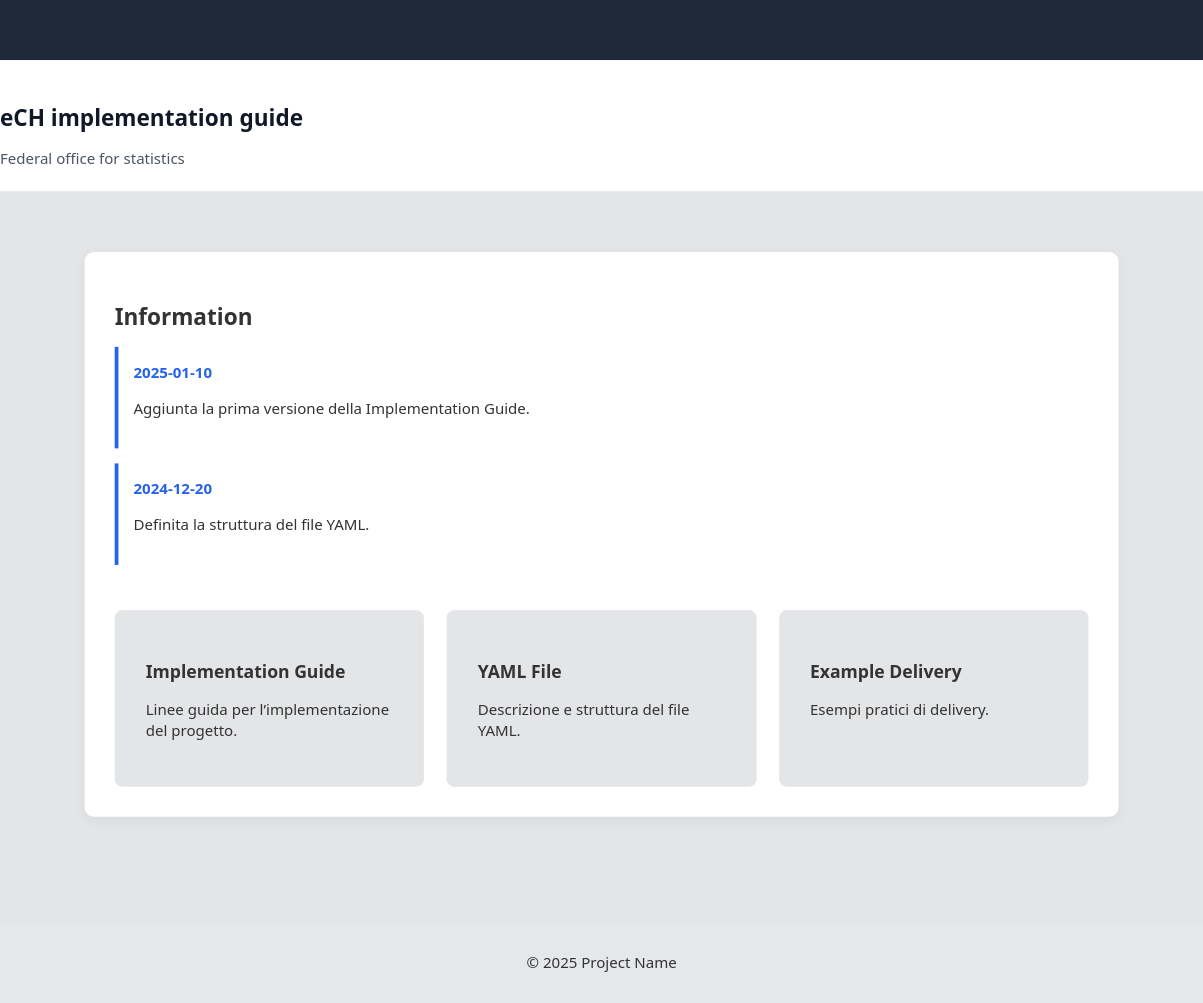
Repository: bfspoku/ech-0252-docs
Page: index.html
These files come from the project's save history. The page is drawn as it stood at one moment and after a run of saves; the edit follows.
The browser window is 1280 px wide. The pictures show the whole page, at 94% of full size.

Above is the page before, as saved 2025-12-16 15:37:09.

After the next 2 saves:
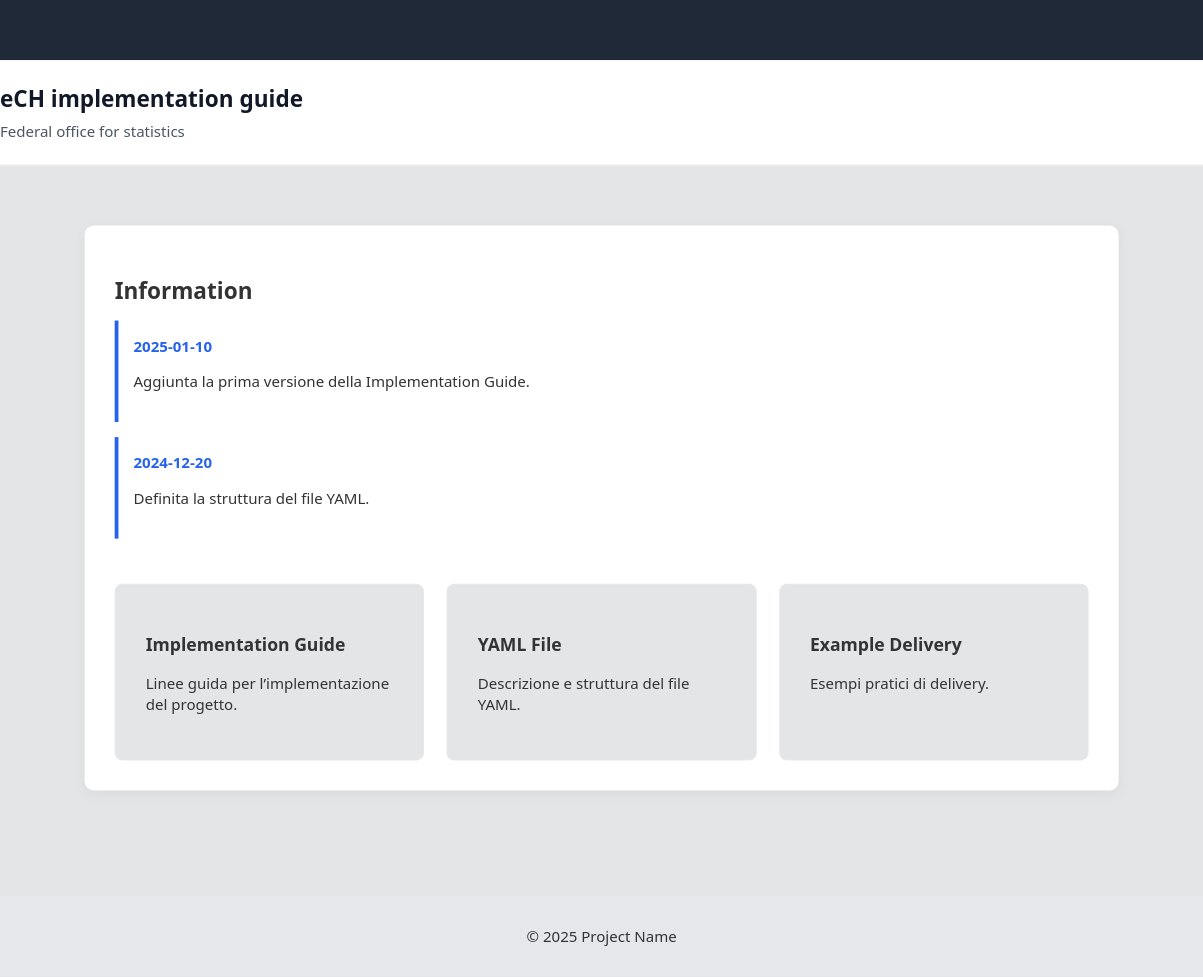
The 2 saves are shown as one change because they came seconds apart.
The last was saved 27 s later.
--- a/css/style.css
+++ b/css/style.css
@@ -21,7 +21,7 @@
   }
 
   .sub-banner h2 {
-
+    margin: 0 0 0.5rem 0;
     font-weight: 600;
     color: #111827;
   }
